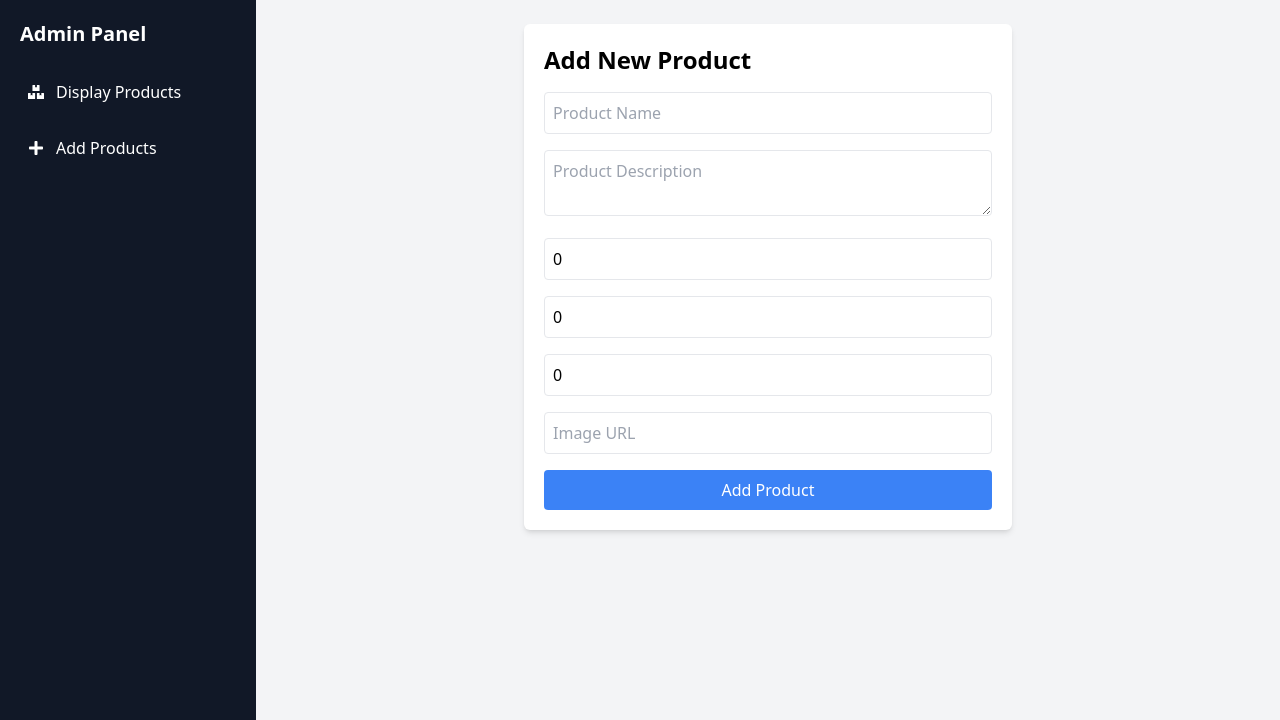
Repository: prathyushaa5/BuyYours
Page: /admin-dashboard/add-products (app in Frontend/)
An editor plug-in stored every save of this project. The page is shown before and after the next save, followed by the edit.
The browser window is 1280 px wide. The pictures show the whole page.
The project was rebuilt for these pictures with package versions that can differ from the ones it lists, and the page was loaded fresh each time. Also part of the build but not shown: Frontend/vite.config.js, Frontend/src/components/Main.jsx, Frontend/src/components/Login.jsx, Frontend/src/components/Signup.jsx, Frontend/src/components/Home.jsx, Frontend/src/components/Navbar.jsx, Frontend/src/components/Categories.jsx, Frontend/src/components/Product.jsx and 6 more. Imported but missing from the stored project, and not drawn on this page: Frontend/src/components/Orders.

Above is the page before, as saved 2025-02-16 19:47:23.

After the next save:
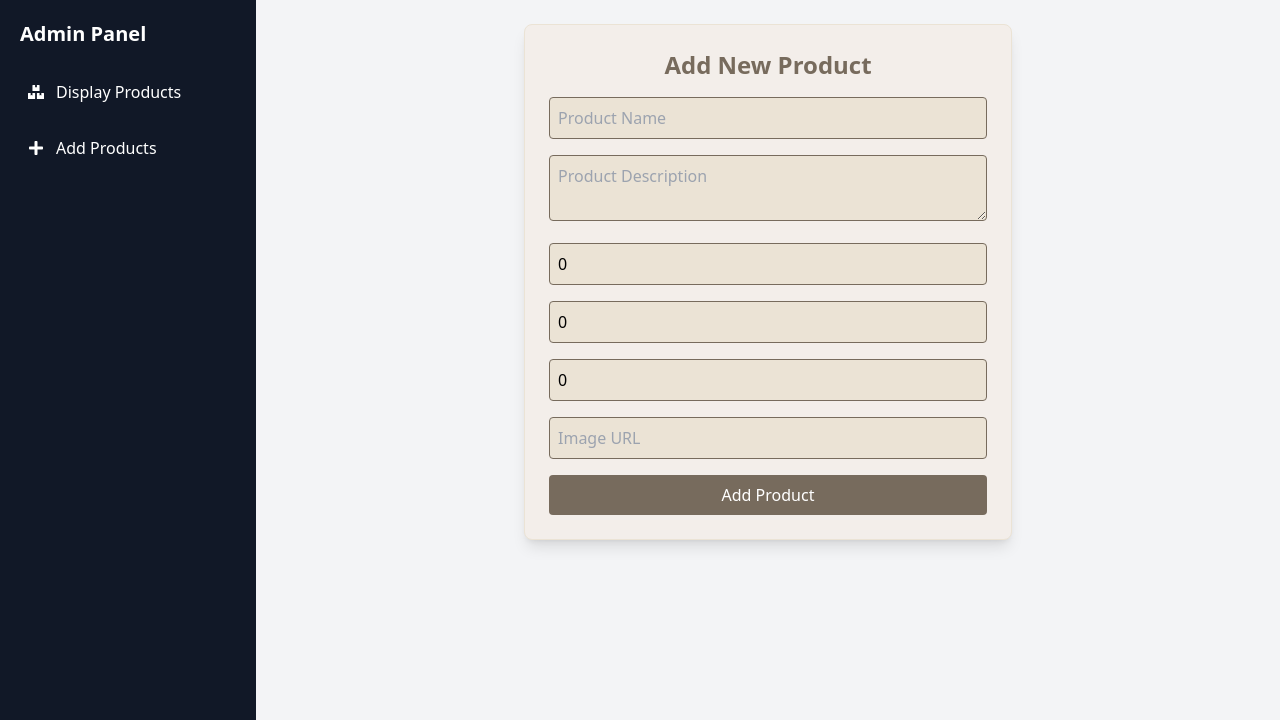
Saved 2 min 43 s later.
--- a/Frontend/src/components/Admin/AddProducts.jsx
+++ b/Frontend/src/components/Admin/AddProducts.jsx
@@ -37,17 +37,17 @@ const AddProducts = () => {
   };
 
   return (
-    <div className="p-5 bg-white shadow-md rounded-md w-1/2 mx-auto">
-      <h2 className="text-2xl font-bold mb-4">Add New Product</h2>
+    <div className="p-6 bg-[#F3EEEA] shadow-lg rounded-lg w-1/2 mx-auto border border-[#EBE3D5]">
+      <h2 className="text-2xl font-bold mb-4 text-[#776B5D] text-center">Add New Product</h2>
       <form onSubmit={handleSubmit} className="space-y-4">
-        <input type="text" name="name" placeholder="Product Name" value={product.name} onChange={handleChange} className="w-full p-2 border rounded" required />
-        <textarea name="description" placeholder="Product Description" value={product.description} onChange={handleChange} className="w-full p-2 border rounded" required />
-        <input type="number" name="stockQuantity" placeholder="Stock Quantity" value={product.stockQuantity} onChange={handleChange} className="w-full p-2 border rounded" required />
-        <input type="number" name="categoryID" placeholder="Category ID" value={product.categoryID} onChange={handleChange} className="w-full p-2 border rounded" required />
-        <input type="number" name="price" placeholder="Price" value={product.price} onChange={handleChange} className="w-full p-2 border rounded" required />
-        <input type="text" name="imageURL" placeholder="Image URL" value={product.imageURL} onChange={handleChange} className="w-full p-2 border rounded" required />
+        <input type="text" name="name" placeholder="Product Name" value={product.name} onChange={handleChange} className="w-full p-2 border border-[#776B5D] rounded bg-[#EBE3D5]" required />
+        <textarea name="description" placeholder="Product Description" value={product.description} onChange={handleChange} className="w-full p-2 border border-[#776B5D] rounded bg-[#EBE3D5]" required />
+        <input type="number" name="stockQuantity" placeholder="Stock Quantity" value={product.stockQuantity} onChange={handleChange} className="w-full p-2 border border-[#776B5D] rounded bg-[#EBE3D5]" required />
+        <input type="number" name="categoryID" placeholder="Category ID" value={product.categoryID} onChange={handleChange} className="w-full p-2 border border-[#776B5D] rounded bg-[#EBE3D5]" required />
+        <input type="number" name="price" placeholder="Price" value={product.price} onChange={handleChange} className="w-full p-2 border border-[#776B5D] rounded bg-[#EBE3D5]" required />
+        <input type="text" name="imageURL" placeholder="Image URL" value={product.imageURL} onChange={handleChange} className="w-full p-2 border border-[#776B5D] rounded bg-[#EBE3D5]" required />
 
-        <button type="submit" className="w-full bg-blue-500 text-white p-2 rounded hover:bg-blue-600">
+        <button type="submit" className="w-full bg-[#776B5D] text-white p-2 rounded hover:bg-[#5e5446]">
           Add Product
         </button>
       </form>
